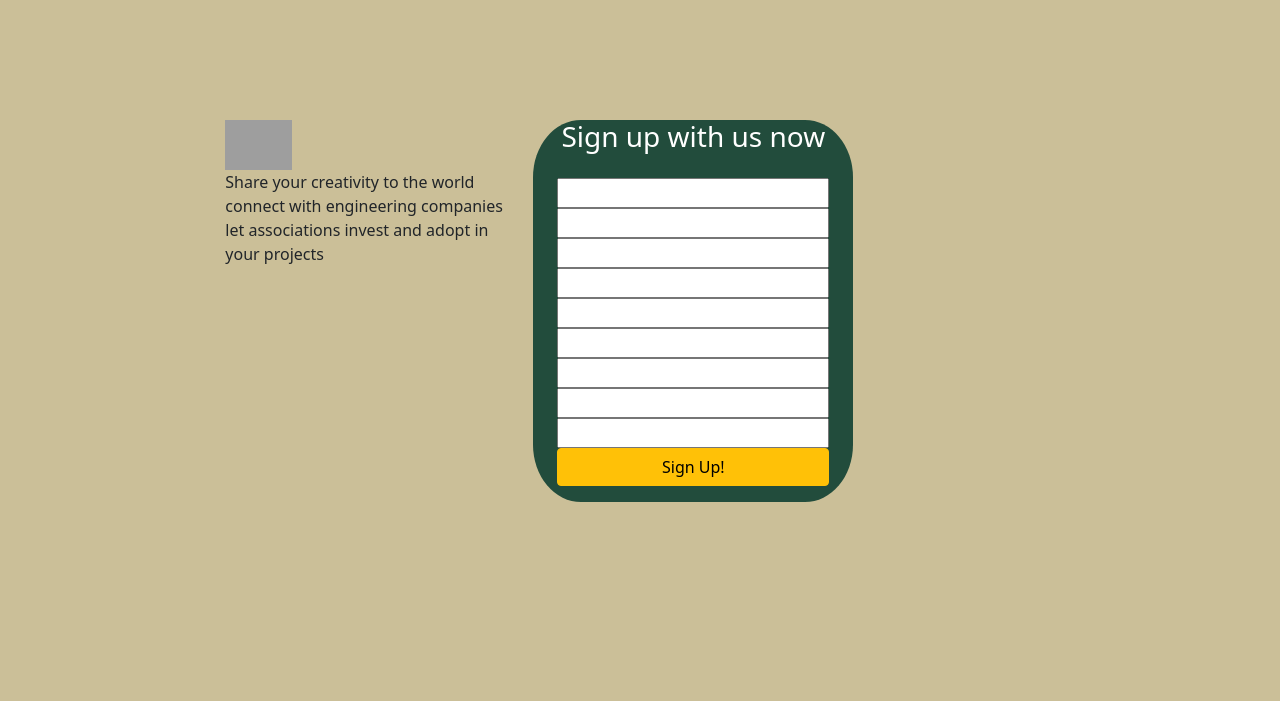
Repository: ahmadjamal-1997/Project-Taqadam
Page: http://localhost/Taqadam/WEB-INF/registrationstudent.jsp
An editor plug-in stored every save of this project. The page is shown before and after the next save, followed by the edit.
The browser window is 1280 px wide. The pictures show the whole page.
Pictures or frames that could not be fetched are drawn as grey boxes. The page is served by Tomcat 9. Nobody is signed in. Other server files are loaded and not shown. The template is opened directly, without the code that normally fills it, so the values that code supplies are empty.

Above is the page before, as saved 2022-03-31 08:03:23.

### Taqadam-new/Taqadam-java/Taqadam-new/Taqadam/src/main/webapp/WEB-INF/registrationstudent.jsp
<%@ page language="java" contentType="text/html; charset=UTF-8"
    pageEncoding="UTF-8"%>
<%@ taglib prefix="c" uri="http://java.sun.com/jsp/jstl/core" %>
<%@ taglib prefix="form" uri="http://www.springframework.org/tags/form" %>
<%@ page isErrorPage="true" %>
<!DOCTYPE html PUBLIC "-//W3C//DTD HTML 4.01 Transitional//EN" "http://www.w3.org/TR/html4/loose.dtd">
<html>
<head>
<meta http-equiv="Content-Type" content="text/html; charset=UTF-8">
<title>Registration Page</title>
<link href="https://cdn.jsdelivr.net/npm/bootstrap@5.1.3/dist/css/bootstrap.min.css" rel="stylesheet" integrity="sha384-1BmE4kWBq78iYhFldvKuhfTAU6auU8tT94WrHftjDbrCEXSU1oBoqyl2QvZ6jIW3" crossorigin="anonymous">
<style>
        img{
            max-height: 50px;
        }
        .form{
            border-radius: 15%;
             display: flex;
             flex-direction: column;

             align-items: center;
             background-color: #224c3c;
        }
    </style>
</head>
<body>
   <body style="background-color: #cbbf98;">
    <div class="container-fluid" >
        <div class="row" style="height: 120px;">
        </div>
        <div class="row">
            <div class="col-2"></div>
            <div class="col-3">
                <img src="/photo/taqdam-01.png" alt="logo">
                <p>Share your creativity to the world<br>connect with engineering companies<br>
                let associations invest and adopt in<br>your projects</p>
            </div>
            <div class="col-3 form">
                    <h3 style="color: white;">Sign up with us now</h3>

                <div class="container">
                <form:form method="POST" action="/registration/student" modelAttribute="user">
                    <p><form:errors path="user.*"/></p>

                    <div class="row">

                            <form:input palceholder="First Name" path="firstName"/>

                    </div>
                    <div class="row">

                            <form:input palceholder="Last Name" path="lastName"/>

                    </div>
                    <div class="row">

                            <form:input palceholder="Email" path="email"/>

                    </div>
                    <div class="row">

                            <form:input palceholder="phone" path="phone"/>

                    </div>
                    <div class="row">

                       <form:input palceholder="university" path="university"/>

                    </div>
                    <div class="row">

                        <form:input palceholder="field" path="field"/>

                    </div>
                    <div class="row">

                         <form:input palceholder="bio" path="bio"/>

                    </div>
                    <div class="row">

                         <form:input palceholder="password" path="password"/>

                    </div>
                    <div class="row">

                         <form:input palceholder="confirm" path="confirm"/>

                    </div>
                    <div class="row">
                    <input type="submit" class="btn btn-warning mb-3" value="Sign Up!"/>
                    </div>
                    </div>
                </form:form>
            </div>
        </div>
    </div>
</body>
</html>

After the next save:
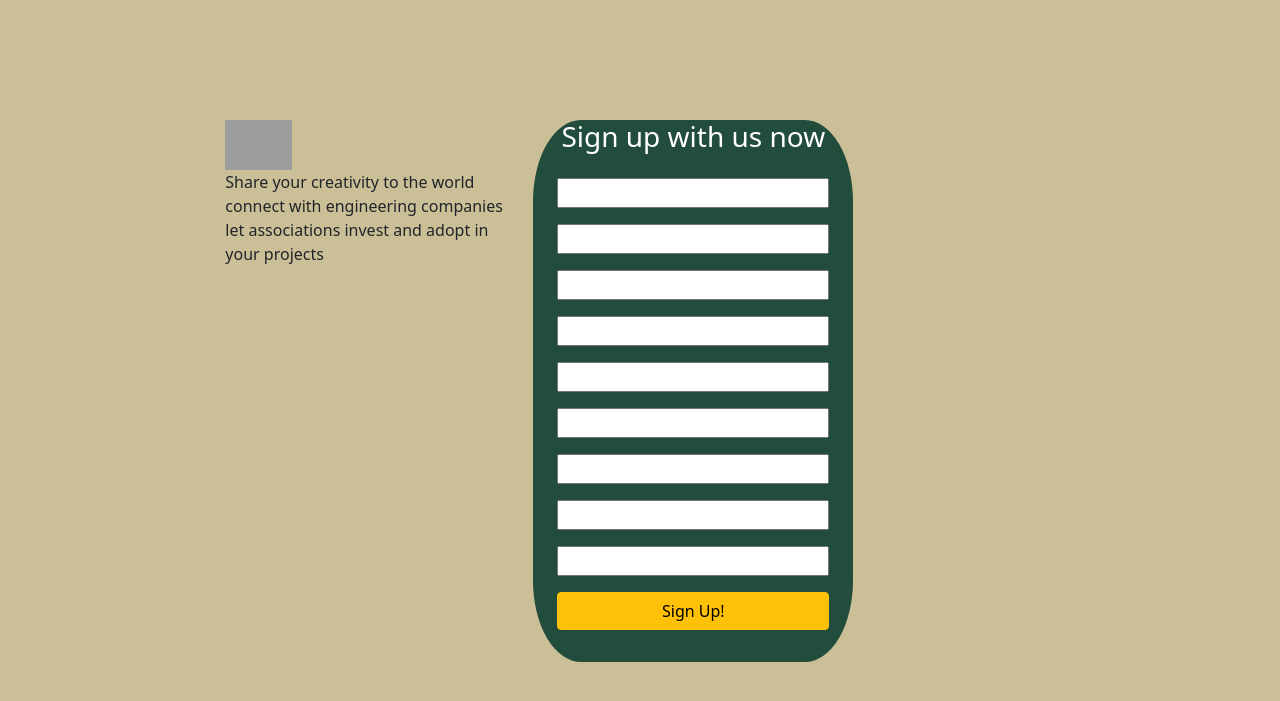
Saved 80 s later.
--- a/Taqadam-new/Taqadam-java/Taqadam-new/Taqadam/src/main/webapp/WEB-INF/registrationstudent.jsp
+++ b/Taqadam-new/Taqadam-java/Taqadam-new/Taqadam/src/main/webapp/WEB-INF/registrationstudent.jsp
@@ -42,52 +42,52 @@
                 <form:form method="POST" action="/registration/student" modelAttribute="user">
                     <p><form:errors path="user.*"/></p>
 
-                    <div class="row">
+                    <div class="row mb-3">
 
                             <form:input palceholder="First Name" path="firstName"/>
 
                     </div>
-                    <div class="row">
+                    <div class="row mb-3">
 
                             <form:input palceholder="Last Name" path="lastName"/>
 
                     </div>
-                    <div class="row">
+                    <div class="row mb-3">
 
                             <form:input palceholder="Email" path="email"/>
 
                     </div>
-                    <div class="row">
+                    <div class="row mb-3">
 
                             <form:input palceholder="phone" path="phone"/>
 
                     </div>
-                    <div class="row">
+                    <div class="row mb-3">
 
                        <form:input palceholder="university" path="university"/>
 
                     </div>
-                    <div class="row">
+                    <div class="row mb-3">
 
                         <form:input palceholder="field" path="field"/>
 
                     </div>
-                    <div class="row">
+                    <div class="row mb-3">
 
                          <form:input palceholder="bio" path="bio"/>
 
                     </div>
-                    <div class="row">
+                    <div class="row mb-3">
 
                          <form:input palceholder="password" path="password"/>
 
                     </div>
-                    <div class="row">
+                    <div class="row mb-3">
 
                          <form:input palceholder="confirm" path="confirm"/>
 
                     </div>
-                    <div class="row">
+                    <div class="row mb-3">
                     <input type="submit" class="btn btn-warning mb-3" value="Sign Up!"/>
                     </div>
                     </div>
